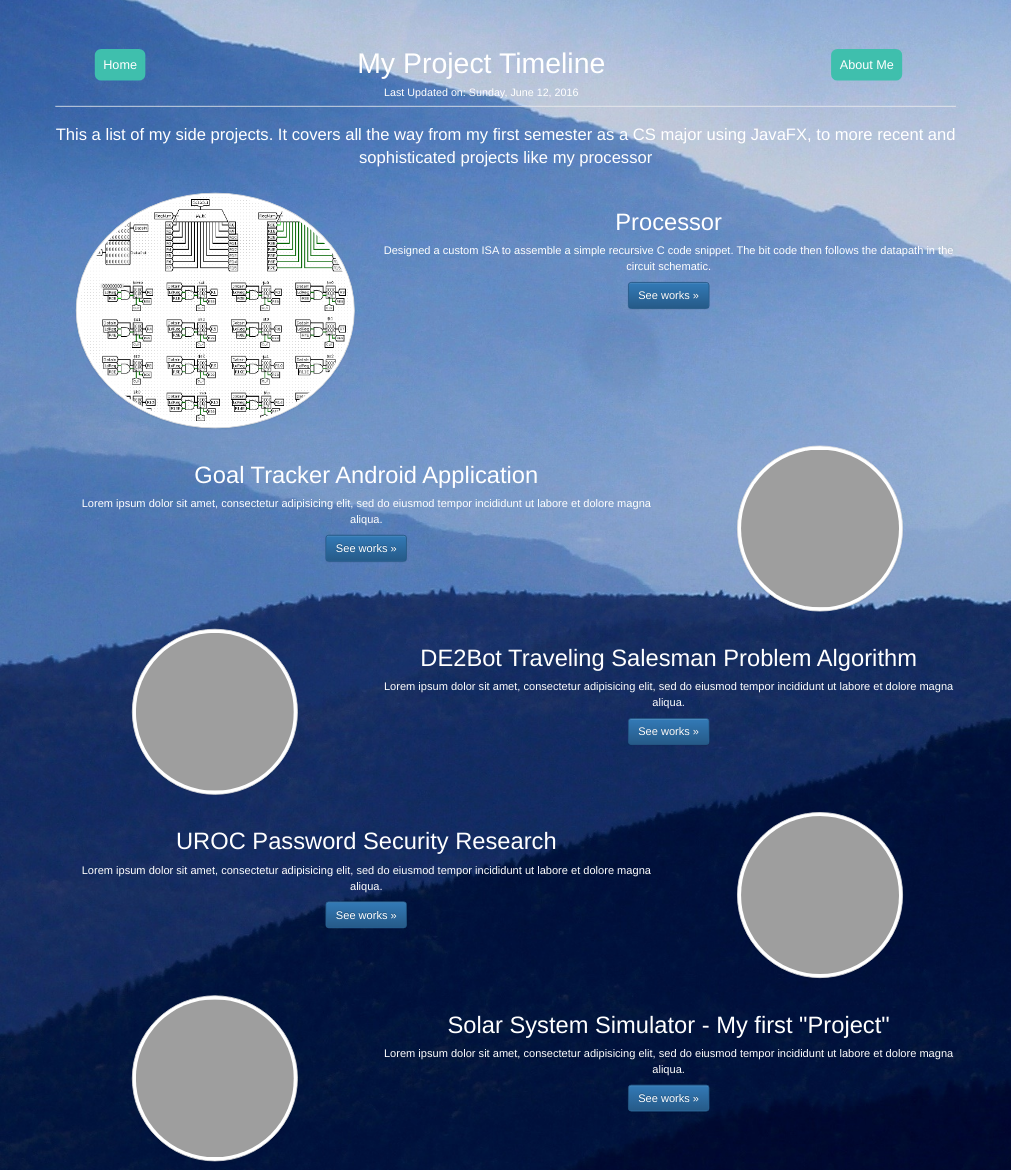
Repository: austinHerring/PersonalWebsite
Page: PersonalWebsite/WebContent/projects.html
An editor plug-in stored every save of this project. The page is shown before and after the next save, followed by the edit.
The browser window is 1280 px wide. The pictures show the whole page, at 79% of full size.
Pictures or frames that could not be fetched are drawn as grey boxes.

Above is the page before, as saved 2016-06-13 04:46:50.

### PersonalWebsite/WebContent/projects.html
<html>
<head>
	<meta charset="utf-8"/>
	<title>Projects - Austin</title>
	<link rel="stylesheet" href="css/bootstrap.min.css">
	<link rel="stylesheet" href="css/bootstrap-theme.min.css">
	<link rel="stylesheet" href="css/projects.css">
	<link rel="stylesheet" href="css/general.css">
</head>
<!-- /container -->
<div class="container" id="page-wrap">
  <div class="page-header">
    <table class="table-header">
    	<tr>
    		<td>
	    		<a class="button button1" href="index.html" role="button">Home</a>
    		</td>
    		<td style="text-align: center;">
    			<h1 class="text-center">My Project Timeline</h1>
	    		<small> <i class="fa fa-clock-o"></i> Last Updated on: <time>Sunday, June 12, 2016</time></small>
    		</td>
    		<td>
				<a class="button button1" href="about.html" role="button">About Me</a>
    		</td>
    	</tr>
    </table>
  </div>
  <p class="lead text-center">This a list of my side projects. It covers all the way from my first semester as a CS major using JavaFX, to more recent and sophisticated projects like my processor</p>
  <div class="container">
    <div class="row stylish-panel">
      <div class="col-md-4">
        <div>
          <img src="images/processor.png" alt="Register File" class="img-circle img-thumbnail">
        </div>
      </div>
      <div class="col-md-8">
        <div>
          <h2>Processor</h2>
          <p>Designed a custom ISA to assemble a simple recursive C code snippet. The bit code then follows the datapath in the circuit schematic.
          </p>
          <a href="#" class="btn btn-primary" title="See more">See works »</a>
        </div>
      </div>
    </div>
    <div class="row stylish-panel">
      <div class="col-md-8">
        <div>
          <h2>Goal Tracker Android Application</h2>
          <p>Lorem ipsum dolor sit amet, consectetur adipisicing elit, sed do eiusmod
            tempor incididunt ut labore et dolore magna aliqua.
          </p>
          <a href="#" class="btn btn-primary" title="See more">See works »</a>
        </div>
      </div>
      <div class="col-md-4">
        <div>
          <img src="http://lorempixel.com/200/200/abstract/3/" alt="Texto Alternativo" class="img-circle img-thumbnail">
        </div>
      </div>
    </div>
    <div class="row stylish-panel">
      <div class="col-md-4">
        <div>
          <img src="http://lorempixel.com/200/200/abstract/4/" alt="Texto Alternativo" class="img-circle img-thumbnail">
        </div>
      </div>
      <div class="col-md-8">
        <div>
          <h2>DE2Bot Traveling Salesman Problem Algorithm</h2>
          <p>Lorem ipsum dolor sit amet, consectetur adipisicing elit, sed do eiusmod
            tempor incididunt ut labore et dolore magna aliqua.
          </p>
          <a href="#" class="btn btn-primary" title="See more">See works »</a>
        </div>
      </div>
    </div>
    <div class="row stylish-panel">
      <div class="col-md-8">
        <div>
          <h2>UROC Password Security Research</h2>
          <p>Lorem ipsum dolor sit amet, consectetur adipisicing elit, sed do eiusmod
            tempor incididunt ut labore et dolore magna aliqua.
          </p>
          <a href="#" class="btn btn-primary" title="See more">See works »</a>
        </div>
      </div>
      <div class="col-md-4">
        <div>
          <img src="http://lorempixel.com/200/200/abstract/5/" alt="Texto Alternativo" class="img-circle img-thumbnail">
        </div>
      </div>
    </div>
    <div class="row stylish-panel">
      <div class="col-md-4">
        <div>
          <img src="http://lorempixel.com/200/200/abstract/6/" alt="Texto Alternativo" class="img-circle img-thumbnail">
        </div>
      </div>
      <div class="col-md-8">
        <div>
          <h2>Solar System Simulator - My first "Project"</h2>
          <p>Lorem ipsum dolor sit amet, consectetur adipisicing elit, sed do eiusmod
            tempor incididunt ut labore et dolore magna aliqua.
          </p>
          <a href="#" class="btn btn-primary" title="See more">See works »</a>
        </div>
      </div>
    </div>
  </div>
</div>

<div id="bg">
	<img src="images/background.jpg" alt="">
</div>

</html>

### PersonalWebsite/WebContent/css/projects.css
body {
	color: #fff;
}

.stylish-panel{
    padding: 10px 0;
    text-align: center;
    padding: 10px;
    border: 1px solid transparent;
    border-radius: 4px;
    transition: 0.2s;
}

.stylish-panel:hover{
    margin-top: -10px;
    border: 1px solid rgb(200, 200, 200);
    box-shadow: rgba(0, 0, 0, 0.1) 0px 5px 5px 2px;
    background: rgba(200, 200, 200, 0.1);
    transition: 0.5s;
}

.stylish-panel:hover img {
    border-radius: 50%;
    -webkit-transform: rotate(360deg);
    -moz-transform: rotate(360deg);
    -o-transform: rotate(360deg);
    -ms-transform: rotate(360deg);
    transform: rotate(360deg);
}

### PersonalWebsite/WebContent/css/general.css
@CHARSET "UTF-8";
.button {
    background-color: #3fbfad;
    border: none;
    color: white;
    padding: 8px 8px;
    text-align: center;
    text-decoration: none;
    display: inline-block;
    font-size: 16px;
    margin: 4px 2px;
    -webkit-transition-duration: 0.4s; /* Safari */
    transition-duration: 0.4s;
    cursor: pointer;
    border-radius: 8px;
}

.button1 {
    background-color: #3fbfad;
    color: white;
    border: 3px solid #3fbfad;
}

.button1:hover {
    background:rgba(0,0,0,0);
    color: white;
    text-decoration: none;
    border: 3px solid white;
}

.page-header{
  text-align: center;
  color: white;
}

.table-header{
  text-align: center;
  color: white;
  width:100%;
}

#bg {
	position:fixed;
	top:-50%;
	left:-50%;
	width:100%;
	height:80%;
}

#bg img {
	position:absolute;
	top:0;
	left:0;
	right:0;
	bottom:0;
	margin:auto;
	min-width:50%;
	min-height:50%;
}

#page-wrap { position: relative; z-index: 2}

Loaded but not shown: PersonalWebsite/WebContent/css/bootstrap.min.css (library); PersonalWebsite/WebContent/css/bootstrap-theme.min.css (library)

After the next save:
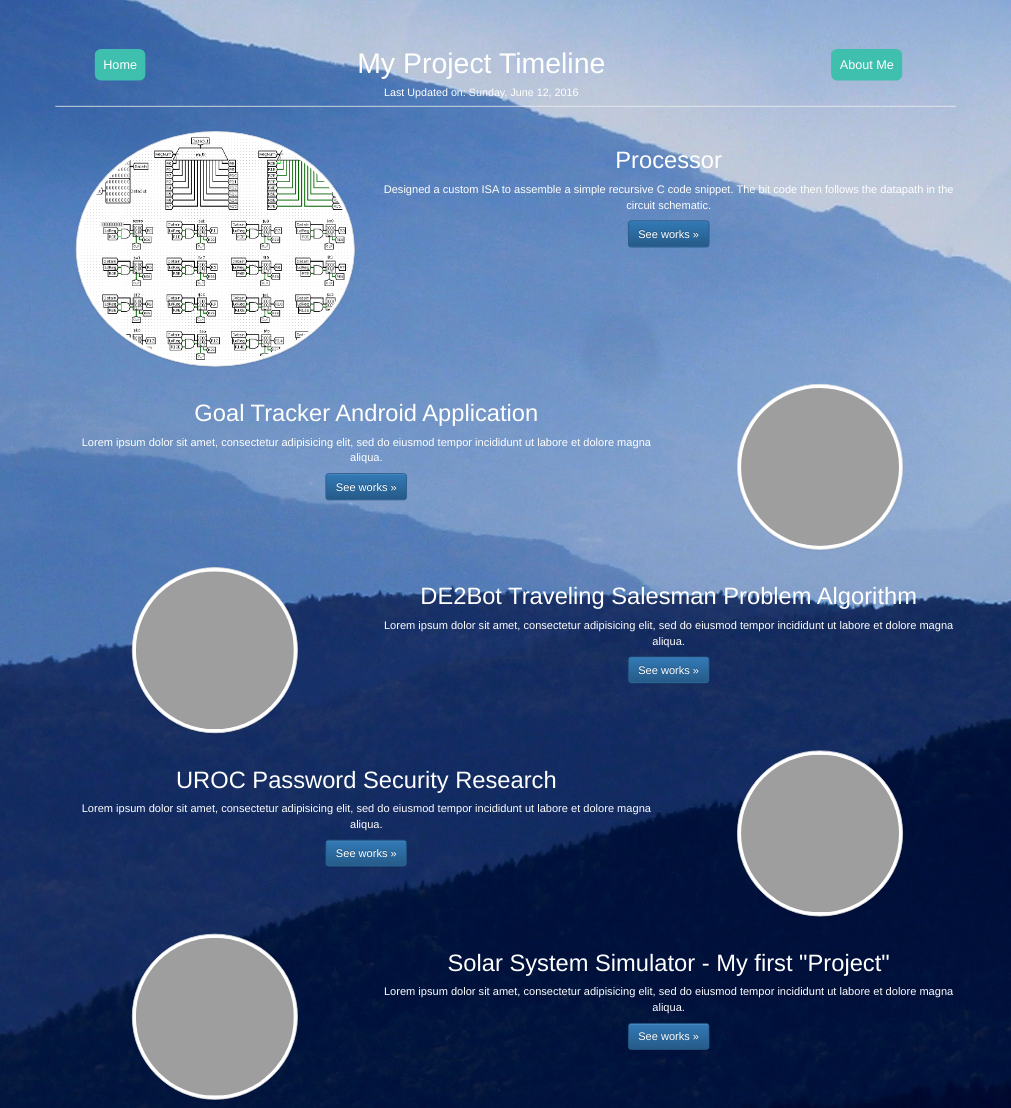
Saved 8 min 41 s later.
--- a/PersonalWebsite/WebContent/projects.html
+++ b/PersonalWebsite/WebContent/projects.html
@@ -25,7 +25,6 @@
     	</tr>
     </table>
   </div>
-  <p class="lead text-center">This a list of my side projects. It covers all the way from my first semester as a CS major using JavaFX, to more recent and sophisticated projects like my processor</p>
   <div class="container">
     <div class="row stylish-panel">
       <div class="col-md-4">
